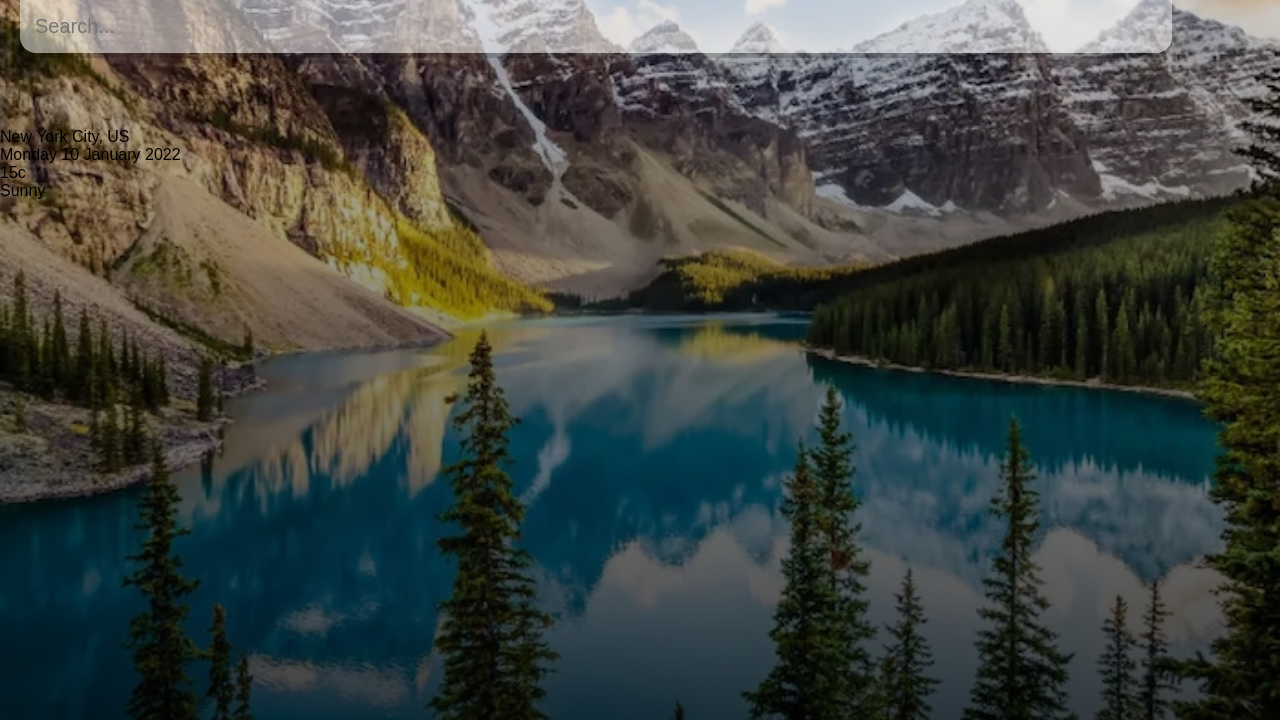
Repository: K-TT/WeatherApp
Page: /
These files come from the project's save history. The page is drawn as it stood at one moment and after the next save; the edit follows.
The browser window is 1280 px wide. The pictures show the whole page.
The project was rebuilt for these pictures with package versions that can differ from the ones it lists, and the page was loaded fresh each time.

Above is the page before, as saved 2022-01-13 23:34:39.

After the next save:
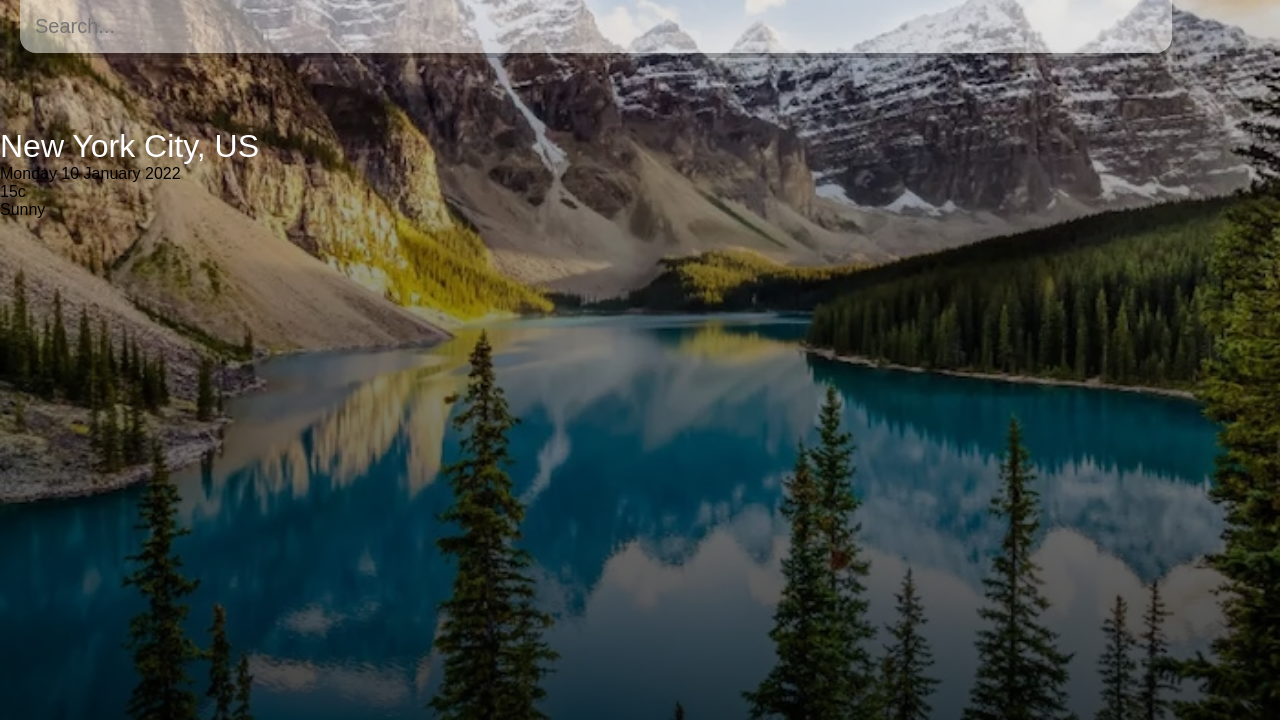
Saved 44 s later.
--- a/src/index.css
+++ b/src/index.css
@@ -50,3 +50,9 @@ main {
 .search-box .search-bar:focus {
     background-color: rgba(255, 255, 255, 0.75);
 }
+
+.location-box .location {
+    color: #FFF;
+    font-size: 32px;
+    font
+}
